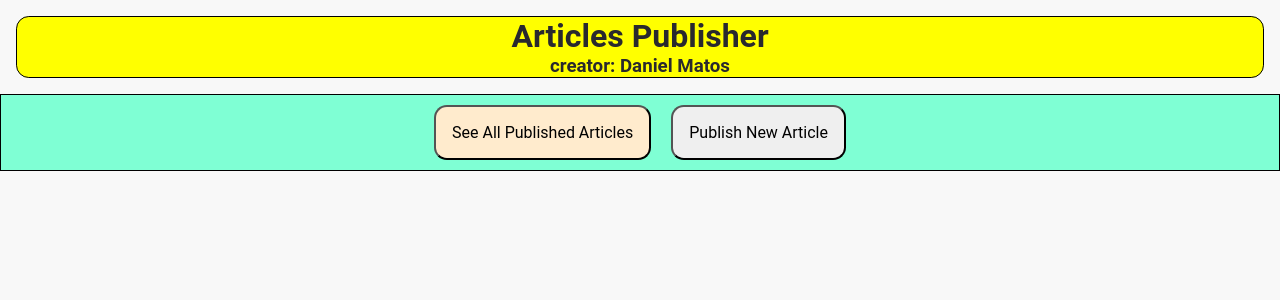
Repository: batmit/publish_articles
Page: /
These files come from the project's save history. The page is drawn as it stood at one moment and after a run of saves; the edit follows.
The browser window is 1280 px wide. The pictures show the whole page.
The pointer rests on the first visible `button`.
The project was rebuilt for these pictures with package versions that can differ from the ones it lists, and the page was loaded fresh each time. Also part of the build but not shown: src/services/firebase.ts, src/pages/articles.tsx, src/pages/article.tsx, src/pages/publish_articles.tsx.

Above is the page before, as saved 2021-06-29 18:21:51.

### public/index.html
<!DOCTYPE html>
<html lang="en">
  <head>
    <meta charset="utf-8" />
    <meta name="viewport" content="width=device-width, initial-scale=1" />
    <meta name="theme-color" content="#000000" />
    <meta
      name="description"
      content="Web site created using create-react-app"
    />
    <title>publish_articles</title>
  </head>
  <body>
    <noscript>You need to enable JavaScript to run this app.</noscript>
    <div id="root"></div>
    <!--
      This HTML file is a template.
      If you open it directly in the browser, you will see an empty page.

      You can add webfonts, meta tags, or analytics to this file.
      The build step will place the bundled scripts into the <body> tag.

      To begin the development, run `npm start` or `yarn start`.
      To create a production bundle, use `npm run build` or `yarn build`.
    -->
  </body>
</html>

### src/App.tsx
import React from 'react';
import { BrowserRouter, Route } from 'react-router-dom';
import { Articles } from './pages/articles';

import {Article} from './pages/article'

import {Home} from './pages/Home';
import { Publish_Articles } from './pages/publish_articles';

import './styles/global.scss';



function App() {
  return (

    <BrowserRouter>

      <Route path='/' exact component={Home} />

      <Route path='/articles' exact component={Articles} />

      <Route path='/articles/:id' component={Article} />

      <Route path='/publish' exact component={Publish_Articles} />



    </BrowserRouter>

  );
}

export default App;

### src/pages/Home.tsx
import { useHistory } from 'react-router-dom'

export function Home() {

    const history = useHistory();

    function publishNewArticle() {
        history.push('/publish');
    };

    function seeAllPublishedArticles() {
        history.push('/articles')
    };

    return (
        <>
            <header>

                <h1>Articles Publisher</h1>
                <h3>creator: Daniel Matos</h3>

            </header>

            <main>

                <button onClick={seeAllPublishedArticles}>
                    See All Published Articles
                </button>

                    <br />

                <button onClick={publishNewArticle}>
                    Publish New Article
                </button>

            </main>
        </>


    );
}

### src/styles/global.scss
* {
    margin: 0;
    padding: 0;
    box-sizing: boder-box;
}

body{
    background: #f8f8f8;
    color: #29292e;
}

body, input, button, textarea {
    font: 400 16px 'Roboto', sans-serif ; // se não rodar o Roboto pega o sans-serif
}

header {
    text-align: center;
    justify-content: center;
    align-items: center;
    background: yellow;
    border: 1px solid black;
    border-radius: 0.8rem;
    margin: 1rem;
}

main {
    align-items: center;
    justify-content: center;
    display: flex;
    gap: 10px;
    background: aquamarine;
    border: 1px solid black;
    padding: 10px;


}

button {
    padding: 1rem;
    border-radius: 0.8rem;
    gap: 10px;
    transition: 0.2s;
}

button:hover {
    background-color: blanchedalmond;
}

Loaded but not shown: src/index.tsx (common file)

After the next 2 saves:
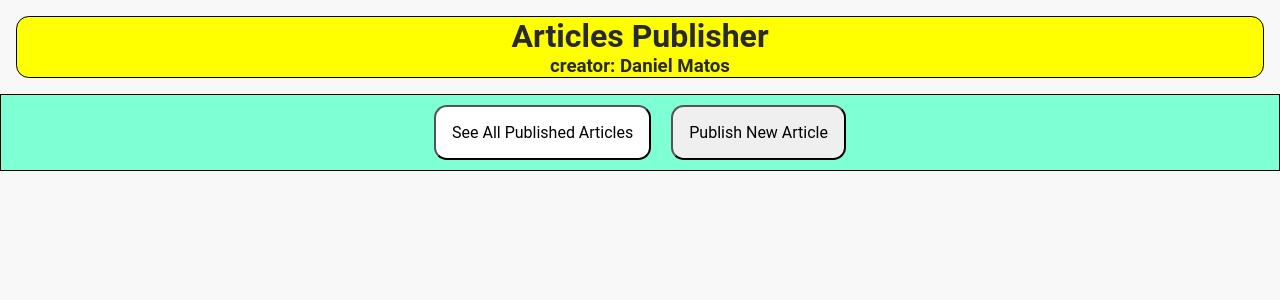
The 2 saves are shown as one change because 1 did not build or start.
The last was saved 112 s later.
--- a/src/styles/global.scss
+++ b/src/styles/global.scss
@@ -43,5 +43,6 @@ button {
 }
 
 button:hover {
-    background-color: blanchedalmond;
+    background-color: white;
+
 }
